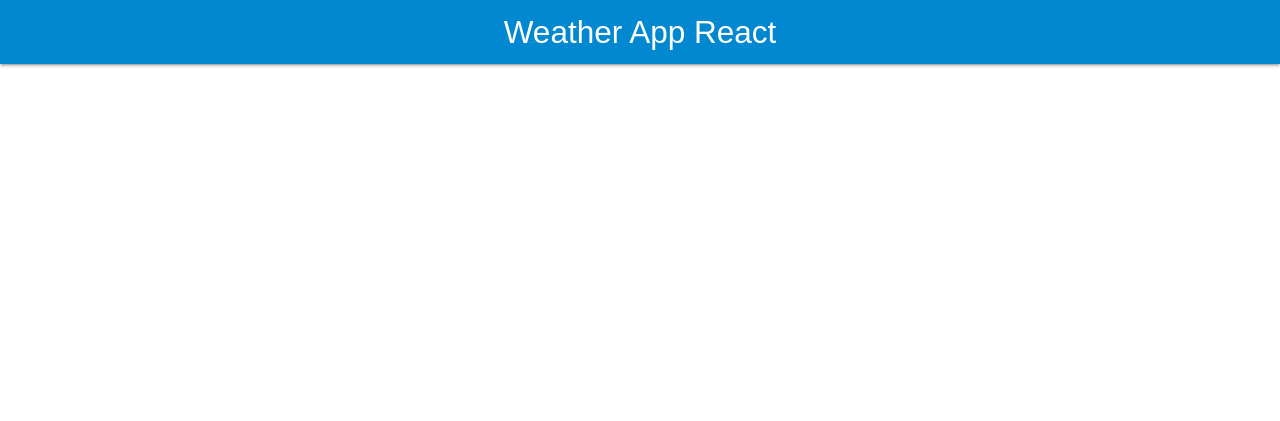
Repository: ppfeliuu/climatecity
Page: /
These files come from the project's save history. The page is drawn as it stood at one moment and after the next save; the edit follows.
The browser window is 1280 px wide. The pictures show the whole page.
The project was rebuilt for these pictures with package versions that can differ from the ones it lists, and the page was loaded fresh each time.

Above is the page before, as saved 2019-06-20 10:09:52.

### public/index.html
<!DOCTYPE html>
<html lang="en">
  <head>
    <meta charset="utf-8" />
    <link rel="shortcut icon" href="%PUBLIC_URL%/favicon.ico" />
    <meta name="viewport" content="width=device-width, initial-scale=1" />
    <meta name="theme-color" content="#000000" />
    <!--
      manifest.json provides metadata used when your web app is installed on a
      user's mobile device or desktop. See https://developers.google.com/web/fundamentals/web-app-manifest/
    -->
    <link rel="manifest" href="%PUBLIC_URL%/manifest.json" />
    <link rel="stylesheet" href="https://cdnjs.cloudflare.com/ajax/libs/materialize/1.0.0/css/materialize.min.css">
    <!--
      Notice the use of %PUBLIC_URL% in the tags above.
      It will be replaced with the URL of the `public` folder during the build.
      Only files inside the `public` folder can be referenced from the HTML.

      Unlike "/favicon.ico" or "favicon.ico", "%PUBLIC_URL%/favicon.ico" will
      work correctly both with client-side routing and a non-root public URL.
      Learn how to configure a non-root public URL by running `npm run build`.
    -->
    <title>React App</title>
  </head>
  <body>
    <noscript>You need to enable JavaScript to run this app.</noscript>
    <div id="root"></div>
    <!--
      This HTML file is a template.
      If you open it directly in the browser, you will see an empty page.

      You can add webfonts, meta tags, or analytics to this file.
      The build step will place the bundled scripts into the <body> tag.

      To begin the development, run `npm start` or `yarn start`.
      To create a production bundle, use `npm run build` or `yarn build`.
    -->
    <script src="https://cdnjs.cloudflare.com/ajax/libs/materialize/1.0.0-rc.2/js/materialize.min.js"></script>
<script>
  document.addEventListener('DOMContentLoaded', function() {
      var elementos = document.querySelectorAll('select');
     M.FormSelect.init(elementos);
  });
</script>
  </body>
</html>

### src/index.css
body {
  margin: 0;
  padding: 0;
  font-family: sans-serif;
}
nav .brand-logo {
  display: block;
  text-align: center;
  position: relative;
}
.input-field label {
  color: white;
}

.input-field input[type=text]:focus + label {
  color: white;
}

.input-field input[type=text]:focus {
  border-bottom: 1px solid white;
  box-shadow: 0 1px 0 0 #000;
}

input[type=text]:not(.browser-default) {
  border-bottom: 1px solid white;
  color: white;
}
input[type=text]:not(.browser-default):focus:not([readonly]) {
  border-bottom: 1px solid white;
  -webkit-box-shadow: 0 1px 0 0 white;
  box-shadow: 0 1px 0 0 white;
}
input[type=text]:not(.browser-default):focus:not([readonly]) + label {
  color: white;
}

.contenedor-form {
  padding: 3rem 0 1px 0;
  background-color: #03a9f4;
}
.buscador i {
  width: 100%;
}
.error {
  padding: 1rem!important;
  color:white;
  margin-top: 3rem;
  text-align: center;
}
.card-panel h2 {
  font-size: 1.6rem;
  text-align: center;
}
.card-panel p {
  text-align: center;
  font-size: 1.4rem;
}
.temperatura {
  font-size: 4rem!important
}
.temperatura span {
  font-size: 2rem!important;
  vertical-align: super;
}
.btn-block {
  display: block!important;
}

### src/App.js
import React from 'react';
import Header from './components/Header';


function App() {
  return (
    <div className="App">
      <Header
        titulo='Weather App React'
      />
    </div>
  );
}

export default App;

### src/components/Header.js
import React from 'react';

function Header({titulo}){
    return (
        <nav>
            <div className="nav-wrapper light-blue darken-2">
                <a href="#!" className="brand-logo">{titulo}</a>
            </div>
        </nav>
    )
}

export default Header;

### src/components/Formulario.js
import React from 'react';

function Formulario() {

    const handleChange = e => {

    }

    return (
        <form>
            <div className="input-field col s12">
                <input
                    type="text"
                    name="ciudad"
                    id="ciudad"
                    onChange={handleChange}
                />
                <label htmlFor="ciudad">Ciudad:</label>
            </div>

            <div className="input-field col s12">
                <select onChange={handleChange}
                name="pais">
                    <option value="">Select a country</option>
                    <option value="US">USA</option>
                    <option value="ES">Spain</option>
                    <option value="MX">Mexico</option>
                    <option value="CO">Colombia</option>
                    <option value="AR">Argentina</option>
                </select>
            </div>

            <div className="input-field col s12">
                <input type="submit" className="waves-effect waves-light btn-large btn-block yellow accent-4"
                value="Search weather" />
            </div>
        </form>
    );
}

export default Formulario;

Loaded but not shown: src/index.js (common file); src/serviceWorker.js (common file)

After the next save:
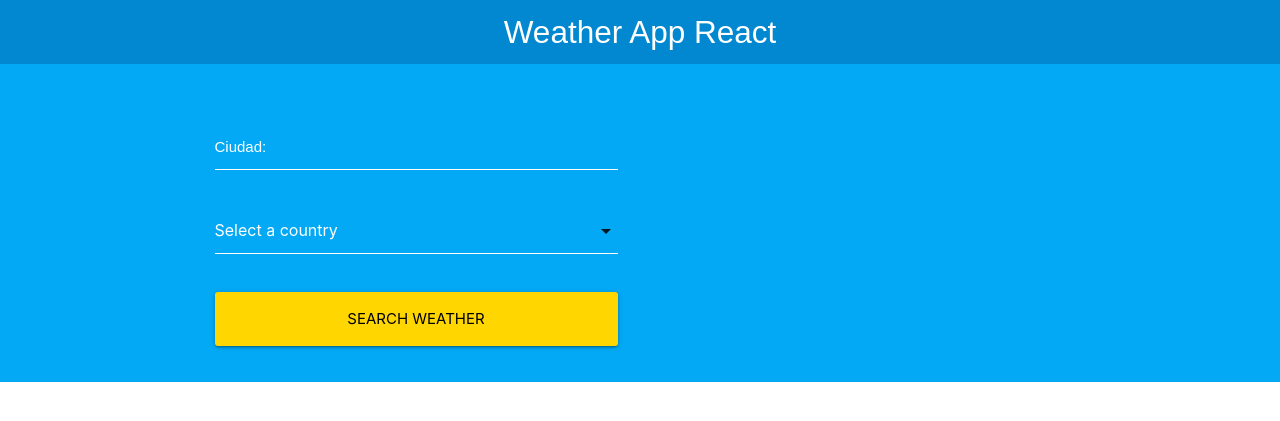
Saved 101 s later.
--- a/src/App.js
+++ b/src/App.js
@@ -1,5 +1,6 @@
 import React from 'react';
 import Header from './components/Header';
+import Formulario from './components/Formulario';
 
 
 function App() {
@@ -8,6 +9,17 @@ function App() {
       <Header
         titulo='Weather App React'
       />
+
+      <div className="contenedor-form">
+        <div className="container">
+          <div className="row">
+            <div className="col s12 m6">
+              <Formulario />
+            </div>
+          </div>
+        </div>
+      </div>
+
     </div>
   );
 }
